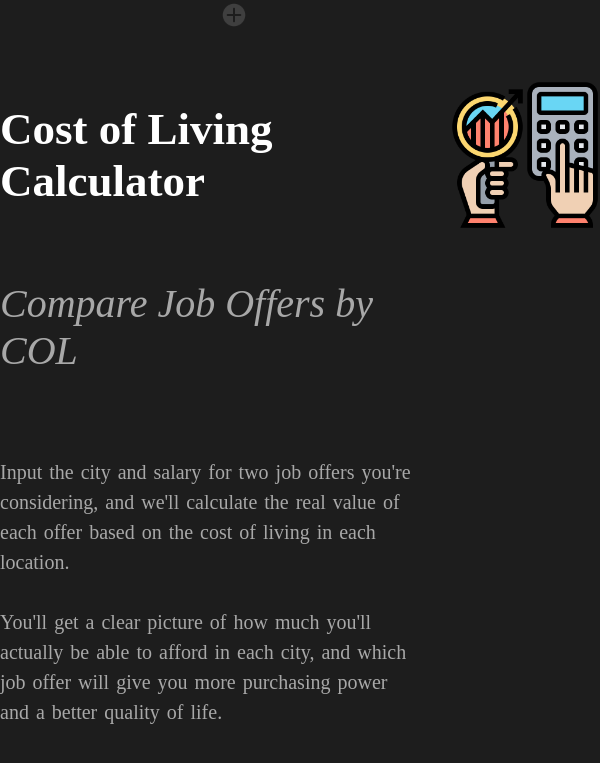
Repository: robbymcd/Salary-Comp
Page: /, after clicking the first element matching `img.x`
The author's editor kept a copy of each file at every save. The page is drawn from the files as they stood at one save, then again after a run of saves.
The browser window is 600 px wide. The pictures show the whole page.
Some web fonts or font styles are not loaded; a fallback is used. The project was rebuilt for these pictures with package versions that can differ from the ones it lists, and the page was loaded fresh each time. Also part of the build but not shown: src/Select.css, src/Main.css, src/Main.js.

Above is the page before, as saved 2023-06-16 18:00:43.

### public/index.html
<!DOCTYPE html>
<html lang="en">
  <head>
    <meta charset="utf-8" />
    <link rel="icon" href="%PUBLIC_URL%/favicon.ico" />
    <meta name="viewport" content="width=device-width, initial-scale=1" />
    <meta name="theme-color" content="#000000" />
    <meta
      name="description"
      content="Compare Job Offers by COL"
    />
    <link rel="apple-touch-icon" href="%PUBLIC_URL%/favicon.ico" />
    <!--
      manifest.json provides metadata used when your web app is installed on a
      user's mobile device or desktop. See https://developers.google.com/web/fundamentals/web-app-manifest/
    -->
    <link rel="manifest" href="%PUBLIC_URL%/manifest.json" />
    <!--
      Notice the use of %PUBLIC_URL% in the tags above.
      It will be replaced with the URL of the `public` folder during the build.
      Only files inside the `public` folder can be referenced from the HTML.

      Unlike "/favicon.ico" or "favicon.ico", "%PUBLIC_URL%/favicon.ico" will
      work correctly both with client-side routing and a non-root public URL.
      Learn how to configure a non-root public URL by running `npm run build`.
    -->
    <title>Salary Comp</title>
  </head>
  <body>
    <noscript>You need to enable JavaScript to run this app.</noscript>
    <div id="root"></div>
    <!--
      This HTML file is a template.
      If you open it directly in the browser, you will see an empty page.

      You can add webfonts, meta tags, or analytics to this file.
      The build step will place the bundled scripts into the <body> tag.

      To begin the development, run `npm start` or `yarn start`.
      To create a production bundle, use `npm run build` or `yarn build`.
    -->
  </body>
</html>

### src/index.css
body {
  margin: 0;
  font-family: -apple-system, BlinkMacSystemFont, 'Segoe UI', 'Roboto', 'Oxygen',
    'Ubuntu', 'Cantarell', 'Fira Sans', 'Droid Sans', 'Helvetica Neue',
    sans-serif;
  -webkit-font-smoothing: antialiased;
  -moz-osx-font-smoothing: grayscale;
  height: 100%;
  width: 100%;
}

html {
  height: 100%;
  width: 100%;
  background-color: #1D1D1D;
}

code {
  font-family: source-code-pro, Menlo, Monaco, Consolas, 'Courier New',
    monospace;
}

### src/App.js
import React, { useState } from 'react';
import './App.css';
import Sidebar from './Sidebar.js';
import Content from './Content.js';

function App() {
  const [isSubmitted, setIsSubmitted] = useState(false);
  const [cityCOL1, setCityCOL1] = useState('');
  const [cityCOL2, setCityCOL2] = useState('');
  const [cityName1, setCityName1] = useState('');
  const [cityName2, setCityName2] = useState('');
  const [salary1, setSalary1] = useState('');
  const [salary2, setSalary2] = useState('');

  const handleFormSubmit = (formData) => {
    setIsSubmitted(true);
    setCityCOL1(formData.cityCOL1);
    setCityCOL2(formData.cityCOL2);
    setCityName1(formData.cityName1);
    setCityName2(formData.cityName2);
    setSalary1(formData.salary1);
    setSalary2(formData.salary2);
  };

  return (
    <div className="main">
        <Sidebar onFormSubmit={handleFormSubmit}/>
        <Content isSubmitted={isSubmitted} cityCOL1={cityCOL1} cityCOL2={cityCOL2} cityName1={cityName1} cityName2={cityName2} salary1={salary1} salary2={salary2} />
    </div>
  );
}

export default App;

### src/App.css
.main {
    display: flex;
    flex-direction: row;
    height: 200%;
    width: 100%;
    background-color: #1D1D1D;
}

@media screen and (max-width: 700px) {
    .main {
        flex-direction: column;
    }
}

### src/Content.js
import React from 'react';
import './Content.css';
import Instruction from './Instruction.js';
import Main from './Main.js';

export default function Content({ isSubmitted ,cityCOL1 ,cityCOL2, cityName1, cityName2 , salary1, salary2 }) {

    return (
        <div className='Content-container'>
            {isSubmitted ? <Main cityCOL1={cityCOL1} cityCOL2={cityCOL2} cityName1={cityName1} cityName2={cityName2} salary1={salary1} salary2={salary2}/> : <Instruction />}
        </div>
    );
}

### src/Sidebar.css
@import url('https://fonts.googleapis.com/css?family=Roboto-Mono');
@import url('https://fonts.googleapis.com/css?family=Mukta-Vaani');
.sidebar {
    display: flex;
    height: 100vh;
    width: fit-content;
}

.closed-sidebar {
    display: flex;
    height: 100vh;
    width: fit-content;
    margin-right: 22vw;
}

.plusIcon {
    height: 30px;
    width: 30px;
    margin-left: 20px;
    align-self: center;
    cursor: pointer;
}

.plusIcon:hover {
    opacity: 0.5;
}

.error {
    display: flex;
    font-size: 15px;
    margin-bottom: -15px;
    color: #BA1F33;
}

.button-container {
    display: flex;
    flex-direction: column;
    gap: 10px;
    margin-top: 20px;
}

.submit-container {
    display: flex;
}

.submit {
    height: 30px;
    width: clamp(100px, 20vw, 300px);
    border-radius: 10px;
    border: none;
    outline: none;
    cursor: pointer;
    background-color: #52796F;
    font-family: Mukta Vaani;
    font-size: 15px;
    color: #000;
    box-shadow: 0px 4px 4px rgba(0, 0, 0, 0.25);
}

.submit:hover {
    opacity: 0.8;
}

.clear-container {
    display: flex;
}

.clear {
    height: 30px;
    width: clamp(100px, 20vw, 300px);
    border-radius: 10px;
    border: none;
    outline: none;
    cursor: pointer;
    background-color: #a8a8a8;
    font-family: Mukta Vaani;
    font-size: 15px;
    color: #000;
    box-shadow: 0px 4px 4px rgba(0, 0, 0, 0.25);
}

.clear:hover {
    opacity: 0.8;
}

@media screen and (min-width: 1650px) {
    .button-container {
        gap: 20px;
    }
}

@media screen and (max-width: 700px) {
    .sidebar {
        display: grid;
        height: fit-content;
        width: 100%;
    }

    .closed-sidebar {
        height: fit-content;
        justify-self: center;
        align-content: center;
    }

    .plusIcon {
        align-self: center;
        margin: 0;
    }
}

### src/OpenSidebar.css
@import url('https://fonts.googleapis.com/css?family=Roboto-Mono');
@import url('https://fonts.googleapis.com/css?family=Mukta-Vaani');

.open-sidebar {
    display: flex;
    flex-direction: column;
    height: 100vh;
    width: 25vw;
    background-color: #000;
    box-shadow: 0px 0px 4px 4px rgba(0, 0, 0, 0.25);
    margin-right: 8vw;
    transition: transform 0.3s ease-in-out;
}

.sidebar-header {
    display: flex;
    width: 25vw;
    border-bottom: 2px solid #1d1d1d;
    justify-content: space-between;
    align-items: center;
}

.sidebar-wrapper {
    display: inline-block;
}

.centering {
    display: flex;
    flex-direction: row;
    width: 100%;
    align-self: center;
    align-items: center;
    justify-content: center;
}

.logo {
    display: flex;
    flex-direction: row;
    width: 100%;
    align-items: center;
    justify-content: center;
    gap: 10px;
    cursor: pointer;
}

.logo:hover {
    opacity: .8;
}

.logo p {
    font-family: Roboto Mono;
    color: #52796F;
    font-size: 25px;
}

.chart {
    height: 20px;
    width: 20px;
}

.city {
    display: flex;
    flex-direction: column;
    font-family: Mukta Vaani;
    font-style: normal;
    font-weight: 300;
    font-size: 20px;
    color: #fff;
}

.salary{
    display: flex;
    flex-direction: column;
    font-family: Mukta Vaani;
    font-style: normal;
    font-weight: 300;
    font-size: 20px;
    color: #fff;
}

.salary label {
    display: flex;
    justify-self: center;
}

.form {
    display: flex;
    flex-direction: column;
    font-family: Mukta Vaani;
    height: 100%;
    align-items: center;
    gap: 20px;
    border-bottom: 2px solid #1d1d1d;
    justify-content: center;
    padding: 20px;
}

.form h1 {
    color: #fff;
    font-family: Roboto Mono;
    font-size: 30px;
    font-weight: 700;
    font-style: normal;
    text-align: center;
    margin-top: 10px;
    margin-bottom: 0px;
}

select {
    cursor: pointer;
}

input {
    text-decoration: none;
    height: 30px;
    width: clamp(100px, 20vw, 300px);
    border-radius: 10px;
    outline: none;
    border: none;
    padding: 0;
    text-align: center;
    font-size: 16px;
    cursor: pointer;
}

.salarycomp {
    height: 80px;
    width: 360px;
}

.x {
    height: 25px;
    width: 25px;
    cursor: pointer;
    margin-right: 10px;
}

.x:hover {
    opacity: 0.5;
    transition: ease-in-out 0.2s;
}

.footer {
    display: flex;
    flex-direction: column;
    align-items: center;
    justify-content: center;
    width: 100%;
    background-color: #000;
}

.footer p {
    color: #fff;
    opacity: .6;
    font-family: 'Mukta Vaani';
    font-style: normal;
    font-weight: 300;
    font-size: 14px;
    text-align: center;
}

.hiw {
    display: flex;
    flex-direction: row;
    align-items: center;
    justify-content: center;
    gap: 10px;
}

.hiw a {
    font-size: 14px;
    font-weight: 300;
    font-family: 'Mukta Vaani';
    color: #00bfff;
}

.hiw a:hover {
    opacity: 0.5;
    transition: ease-in-out 0.2s;
}

.github {
    height: 50px;
    width: 50px;
    cursor: pointer;
}

.github:hover {
    opacity: 0.8;
}

@media screen and (max-width: 1000px) {
    .footer p {
        font-size: 10px;
    }

    .hiw a {
        font-size: 10px;
    }

    .hiw {
        margin-top: 10px;
        margin-bottom: 5px;
        gap: 5px;
    }
}

@media screen and (min-height: 800px) {
    .form h1 {
        margin-top: 0;
        margin-bottom: 20px;
    }

    input {
        margin-bottom: 50px;
    }
}

@media screen and (max-width: 700px) {
    .open-sidebar {
        width: 100%;
        margin: 0;
    }
}

### src/Content.css
@import url('https://fonts.googleapis.com/css?family=Kadwa');
@import url('https://fonts.googleapis.com/css?family=Hind-Madurai');

.Content-container {
    display: flex;
    width: 100%;
}

.header {
    display: flex;
    flex-direction: row;
    align-items: center;
    margin-top: 50px;
    gap: 25px;
}

.content h1 {
    font-family: Kadwa;
    font-weight: bold;
    font-size: 45px;
    height: 100%;
    margin: 0;
}

.content h2 {
    font-family: Hind Madurai;
    font-size: 40px;
    color: #a8a8a8;
    margin-top: 50px;
    width: 75%;
    font-weight: 500;
    font-style: italic;
}

.content p {
    display: flex;
    width: 50vw;
    font-family: Hind Madurai;
    font-size: 20px;
    color: #a8a8a8;
    word-spacing: 2px;
    line-height: 1.5;
    margin-top: 50px;
    width: 70%;
}

.content {
    display: flex;
    flex-direction: column;
    color: #fff;
    height: fit-content;
    width: 100%;
    justify-items: center;
}

.calculator {
    display: flex;
    height: 150px;
    width: 150px;
}

### src/Instruction.js
import calculator from './calculator.png';

export default function Instruction() {
    return (
        <div className="content">
            <div className="header">
                <h1>Cost of Living Calculator</h1>
                <img className="calculator" src={calculator} alt='calculator'></img>
            </div>
            <h2>Compare Job Offers by COL</h2>
            <p>Input the city and salary for two job offers you're considering, and we'll calculate the real value of each offer based on the cost of living in each location.<br/><br/>You'll get a clear picture of how much you'll actually be able to afford in each city, and which job offer will give you more purchasing power and a better quality of life.
            </p>
        </div>
    );
}

Loaded but not shown: src/index.js (common file); src/reportWebVitals.js (common file); src/Sidebar.js (399 lines, source omitted)

After the next 4 saves:
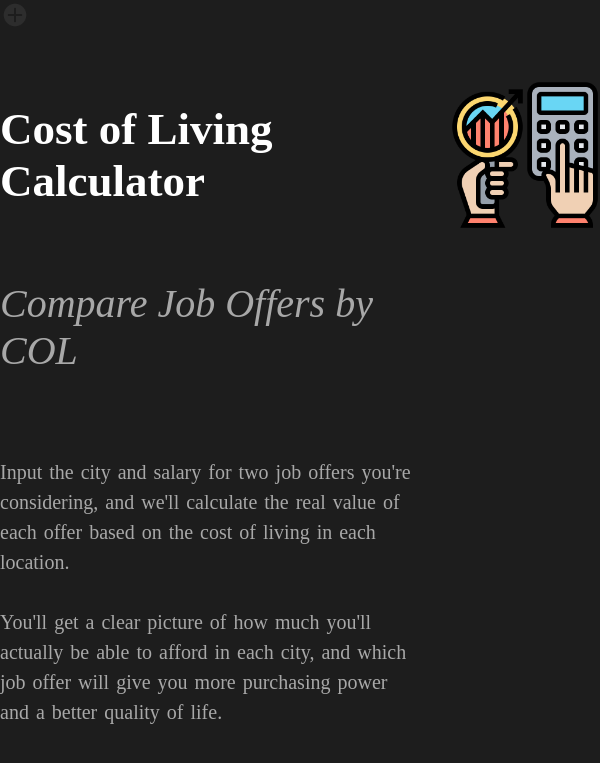
The 4 saves are shown as one change because they came seconds apart.
The last was saved 11 s later.
--- a/src/Sidebar.css
+++ b/src/Sidebar.css
@@ -98,12 +98,9 @@
 
     .closed-sidebar {
         height: fit-content;
-        justify-self: center;
-        align-content: center;
     }
 
     .plusIcon {
-        align-self: center;
         margin: 0;
     }
 }
